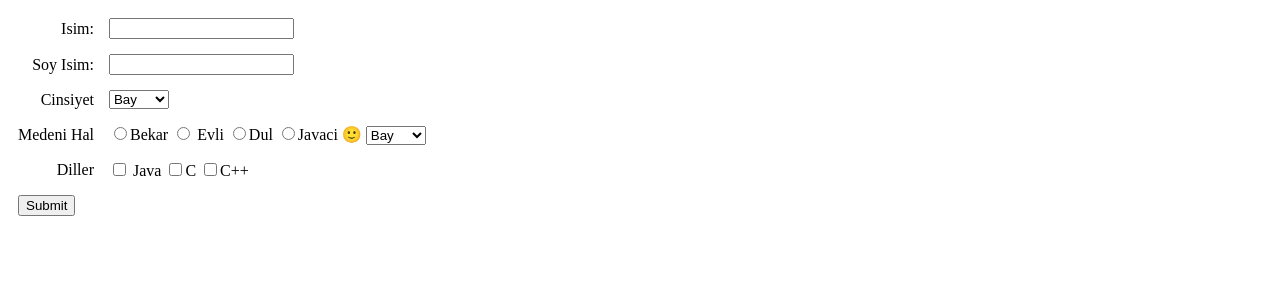
Repository: erayyildirim/start-trial
Page: ServletStart/WebContent/formGet.html
The author's editor kept a copy of each file at every save. The page is drawn from the files as they stood at one save, then again after the next save.
The browser window is 1280 px wide. The pictures show the whole page.

Above is the page before, as saved 2017-07-19 22:12:24.

After the next save:
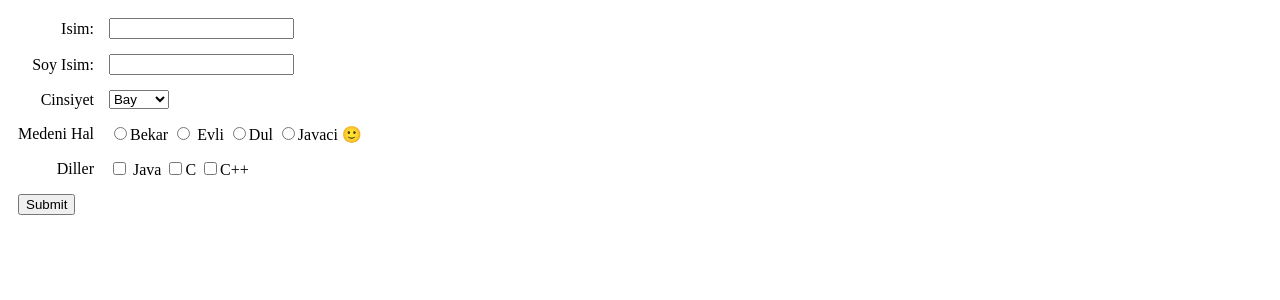
Saved 9 s later.
--- a/ServletStart/WebContent/formGet.html
+++ b/ServletStart/WebContent/formGet.html
@@ -33,10 +33,7 @@
 			        <input type="radio" name="marital status" value="Evli" /> Evli
 			        <input type="radio" name="marital status" value="Dul" />Dul
 			        <input type="radio" name="marital status" value="Javaci" />Javaci 🙂
-			         <select name="gender">
-			            <option value="Bay" selected="selected">Bay</option>
-			            <option value="Bayan">Bayan</option>
-			         </select>
+
     	    </td>
        </tr>
 
